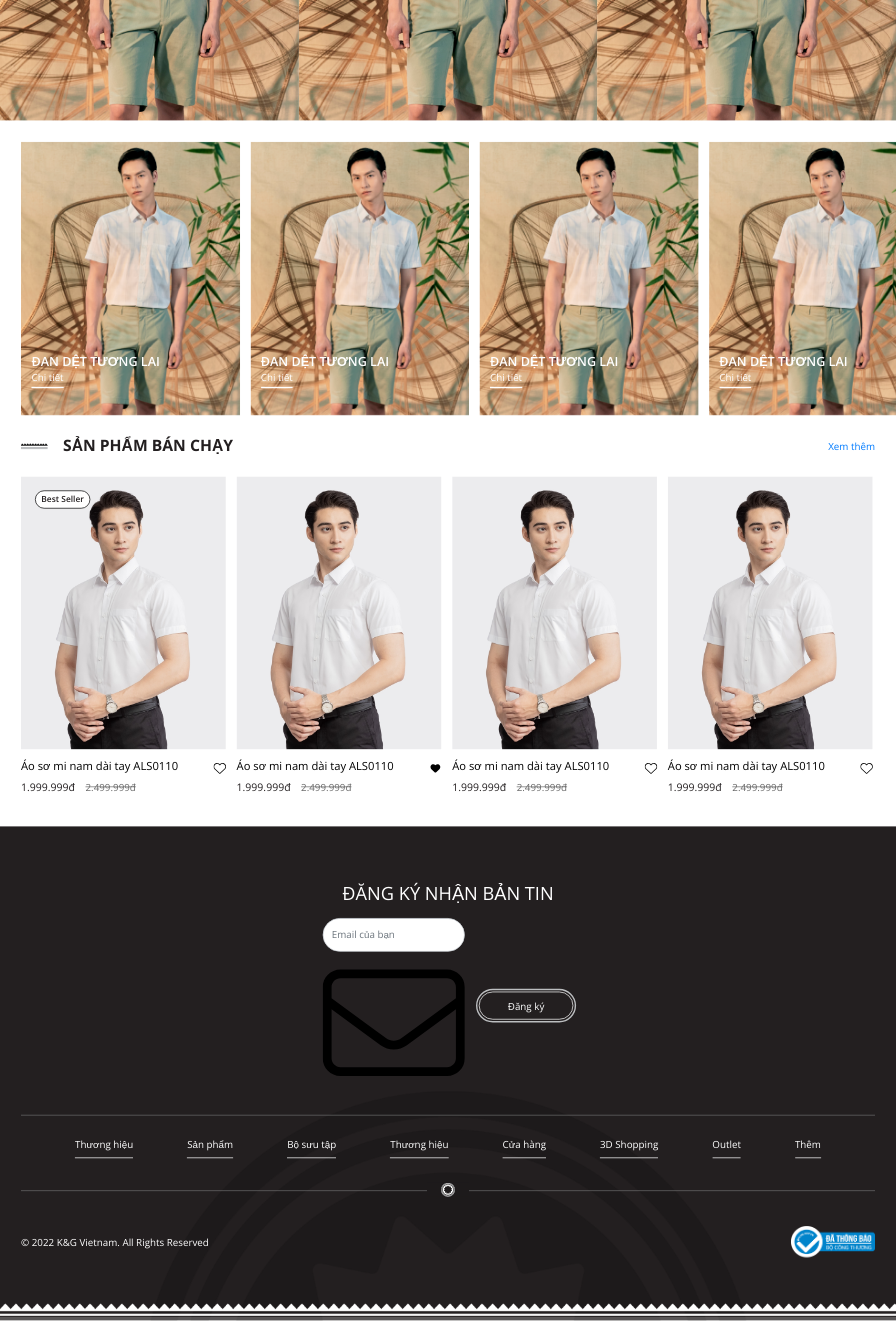
Repository: linhlvtn/aristino
Page: index.html
The author's editor kept a copy of each file at every save. The page is drawn from the files as they stood at one save, then again after the next save.
The browser window is 1280 px wide. The pictures show the part of the page from y = 1071 to 2991 px (the page is 2958 px tall before and 2991 px after), at 70% of full size.

Above is the page before, as saved 2023-09-11 03:09:13.

After the next save:
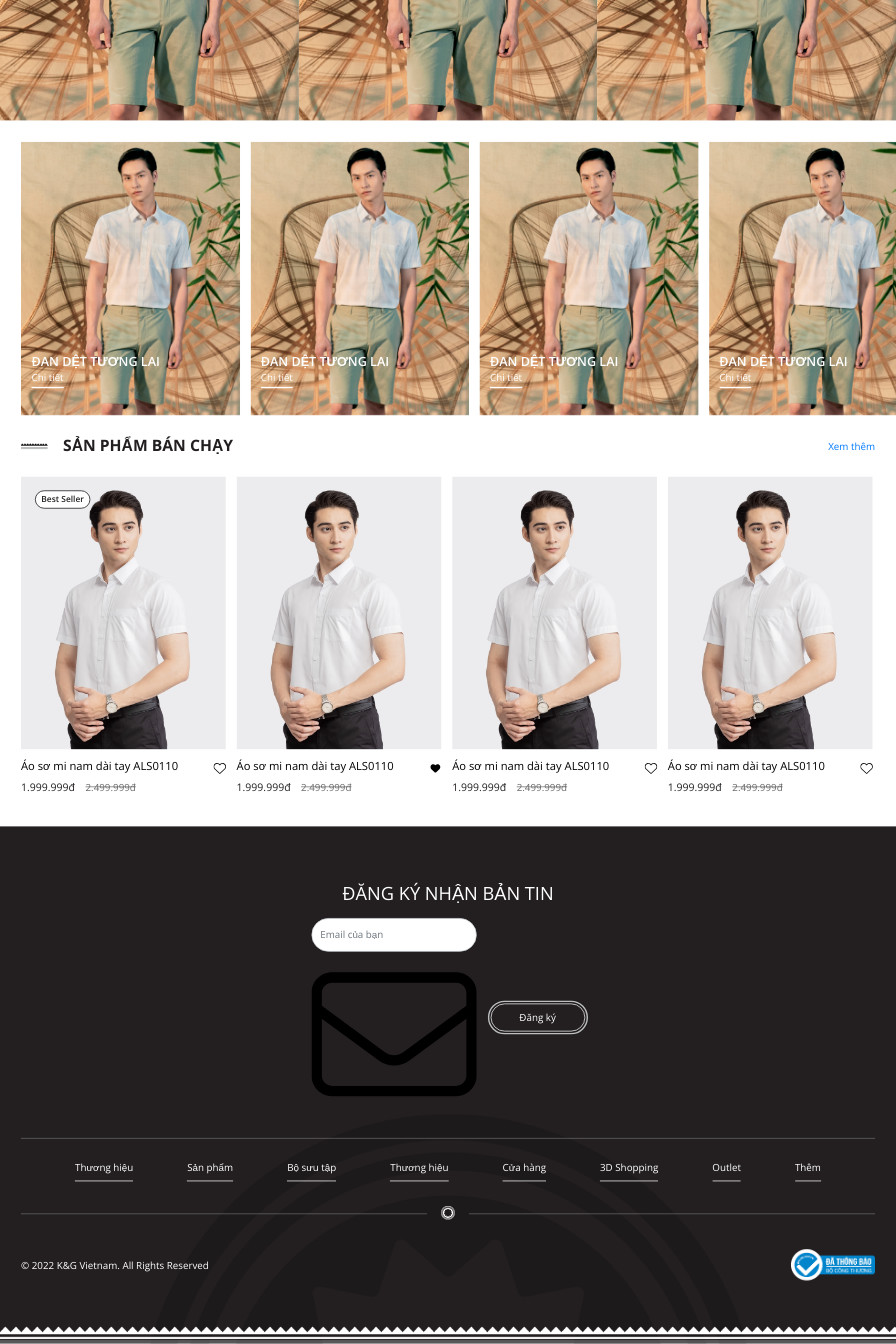
Saved 17 s later.
--- a/index.html
+++ b/index.html
@@ -239,9 +239,9 @@
             <div class="container-fluid">
                 <h2 class="heading-footer">Đăng ký nhận bản tin</h2>
                 <div class="form-contact">
-                    <div>
+                    <div class="form-with-icon">
                         <input type="text" class="form-control" placeholder="Email của bạn">
-                     <svg xmlns="http://www.w3.org/2000/svg" viewBox="0 0 512 512"><path d="M64 96c-17.7 0-32 14.3-32 32v39.9L227.6 311.3c16.9 12.4 39.9 12.4 56.8 0L480 167.9V128c0-17.7-14.3-32-32-32H64zM32 207.6V384c0 17.7 14.3 32 32 32H448c17.7 0 32-14.3 32-32V207.6L303.3 337.1c-28.2 20.6-66.5 20.6-94.6 0L32 207.6zM0 128C0 92.7 28.7 64 64 64H448c35.3 0 64 28.7 64 64V384c0 35.3-28.7 64-64 64H64c-35.3 0-64-28.7-64-64V128z"/></svg>
+                        <svg xmlns="http://www.w3.org/2000/svg" viewBox="0 0 512 512"><path d="M64 96c-17.7 0-32 14.3-32 32v39.9L227.6 311.3c16.9 12.4 39.9 12.4 56.8 0L480 167.9V128c0-17.7-14.3-32-32-32H64zM32 207.6V384c0 17.7 14.3 32 32 32H448c17.7 0 32-14.3 32-32V207.6L303.3 337.1c-28.2 20.6-66.5 20.6-94.6 0L32 207.6zM0 128C0 92.7 28.7 64 64 64H448c35.3 0 64 28.7 64 64V384c0 35.3-28.7 64-64 64H64c-35.3 0-64-28.7-64-64V128z"/></svg>
                     </div>
                     <button type="submit" class="btn btn-submit btn-custom-border">Đăng ký</button>
                 </div>
